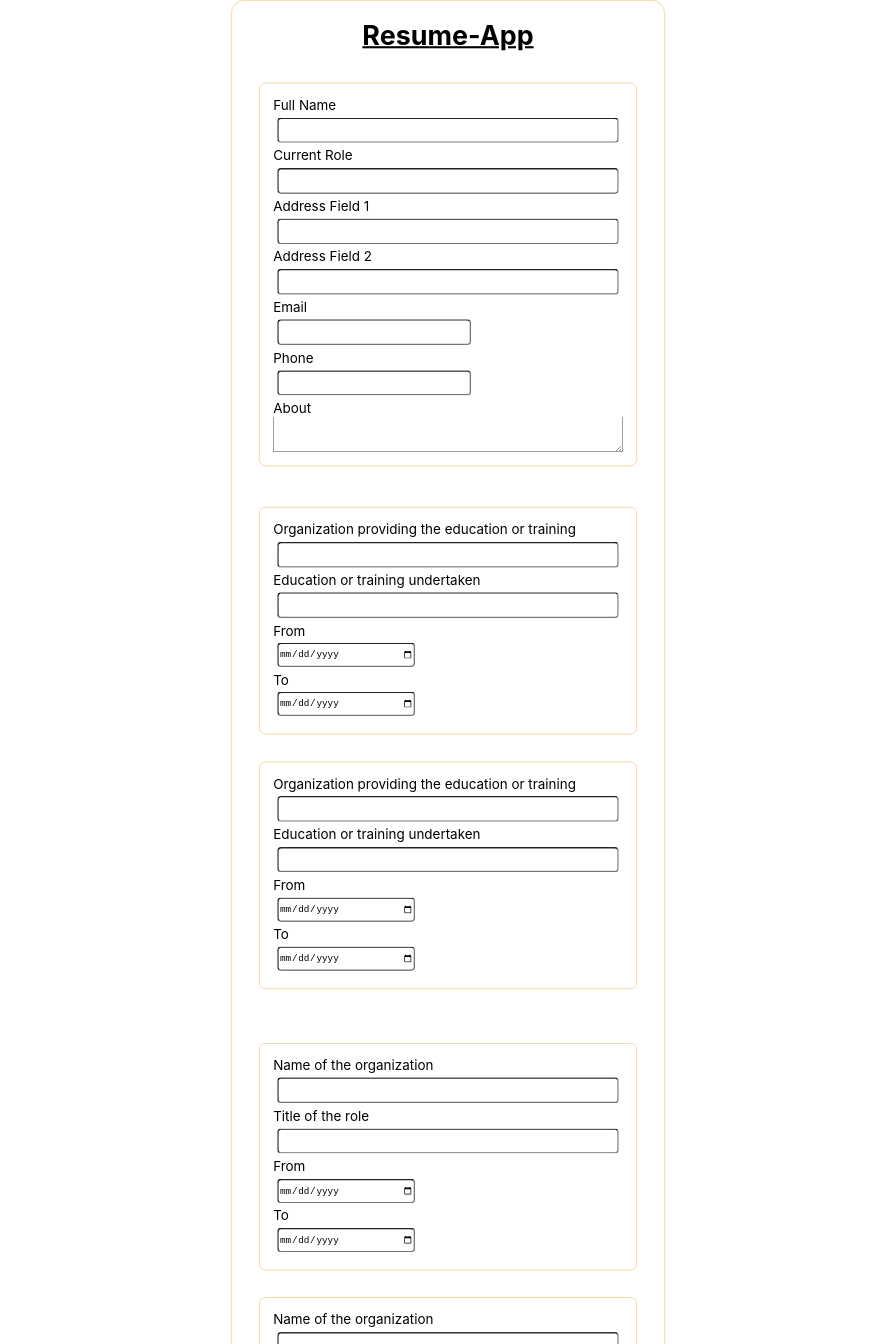
Repository: 0101chaitanya/resume-app
Page: /
These files come from the project's save history. The page is drawn as it stood at one moment and after the next save; the edit follows.
The browser window is 1280 px wide. The pictures show the part of the page from y = 0 to 1920 px (the page is 3497 px tall before and 3429 px after), at 70% of full size.
The project was rebuilt for these pictures with package versions that can differ from the ones it lists, and the page was loaded fresh each time.

Above is the page before, as saved 2021-07-28 18:29:34.

After the next save:
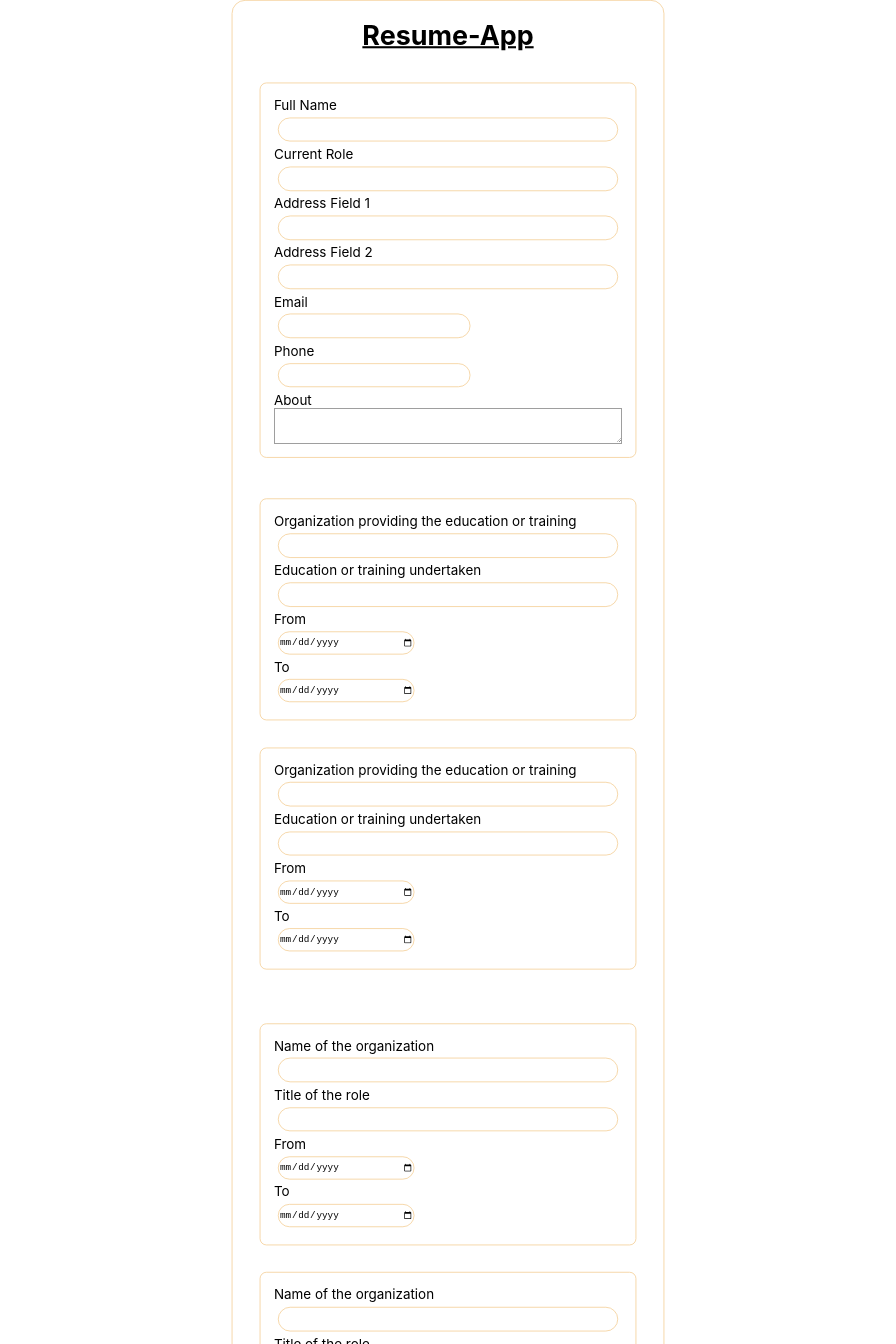
Saved 25 s later.
--- a/src/App.css
+++ b/src/App.css
@@ -5,6 +5,8 @@ html {
 input {
   border-radius: 0.3rem;
   height: 1.6rem;
+  border: 0.1rem solid rgb(243, 200, 135);
+  border-radius: 1rem;
 }
 .app {
   margin: auto;
